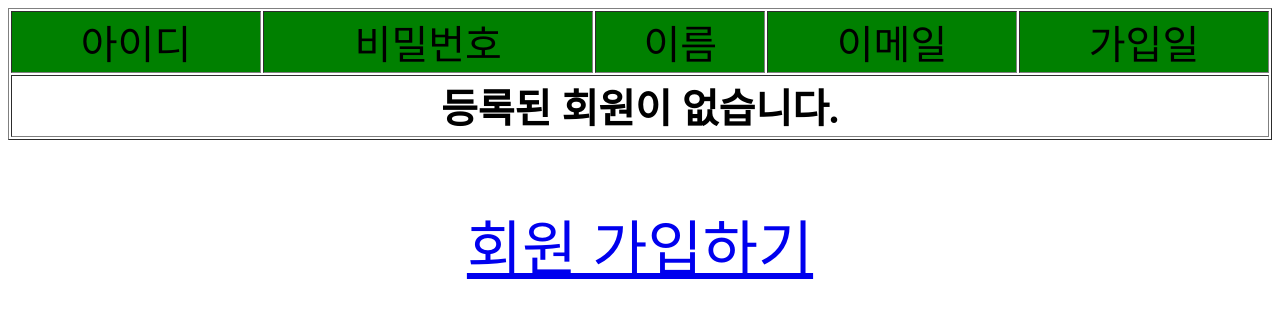
Repository: AhnHyeongSu/GreenComputer
Page: http://localhost/pro17/listMembers.jsp
These files come from the project's save history. The page is drawn as it stood at one moment and after the next save; the edit follows.
The browser window is 1280 px wide. The pictures show the whole page.
The page is served by Tomcat 9.

Above is the page before, as saved 2022-08-05 04:01:34.

After the next save:
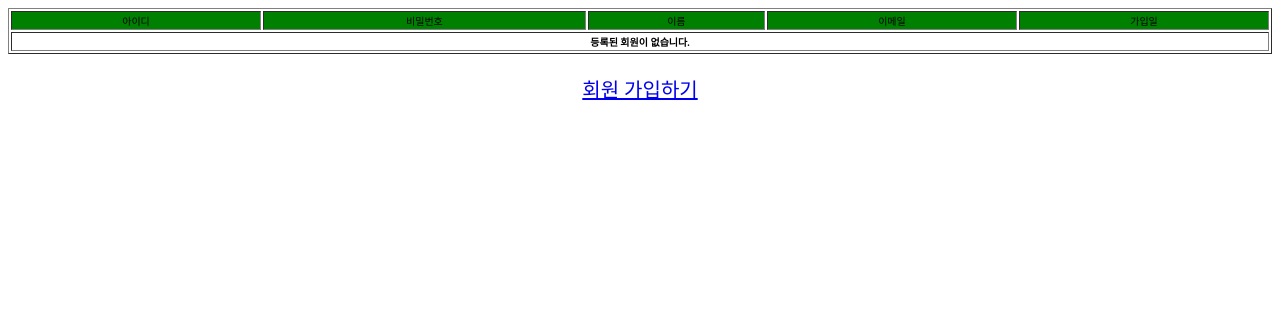
Saved 5 min 54 s later.
--- a/04.DB&SQL&JSP/교육/JSP/pro17/src/main/webapp/listMembers.jsp
+++ b/04.DB&SQL&JSP/교육/JSP/pro17/src/main/webapp/listMembers.jsp
@@ -13,10 +13,10 @@
 <title>회원 정보 출력창</title>
 <style>
 .cls1 {
-font-size: 40px;
+font-size: 10px;
 text-align: center;}
 .cls2 {
-font-size: 60px;
+font-size: 20px;
 text-align: center;}
 </style>
 </head>
